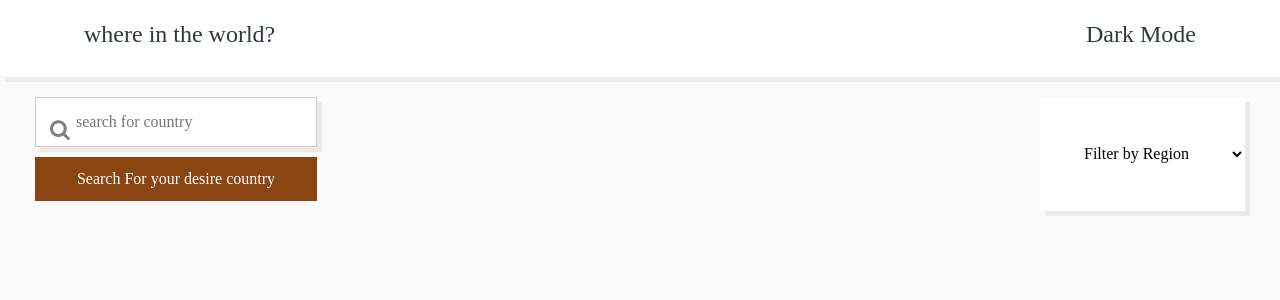
Repository: lamilekan263/countries
Page: /
These files come from the project's save history. The page is drawn as it stood at one moment and after the next save; the edit follows.
The browser window is 1280 px wide. The pictures show the whole page.
The page's requests for data from a server got no answer. The project was rebuilt for these pictures with package versions that can differ from the ones it lists, and the page was loaded fresh each time. No one was signed in, and anything a server would have sent is missing. Also part of the build but not shown: src/components/country/country.css, src/components/country/country.jsx, src/components/selectCountryRegion/selectCountryRegion.component.jsx.

Above is the page before, as saved 2020-07-30 16:37:08.

After the next save:
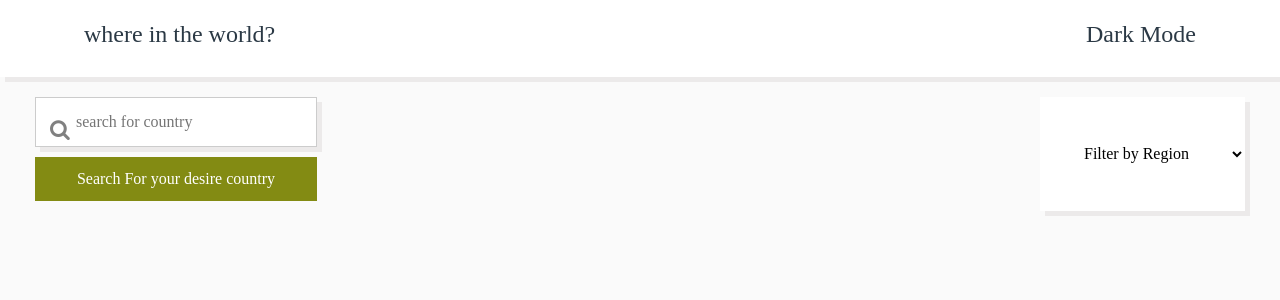
Saved 11 s later.
--- a/src/components/form.component/form.styles.css
+++ b/src/components/form.component/form.styles.css
@@ -11,7 +11,7 @@ button{
     margin:10px 0;
     width:100%;
     border: none;
-    background-color: saddlebrown;
+    background-color: rgb(131, 139, 19);
     color:white;
     padding:10px;
 }
